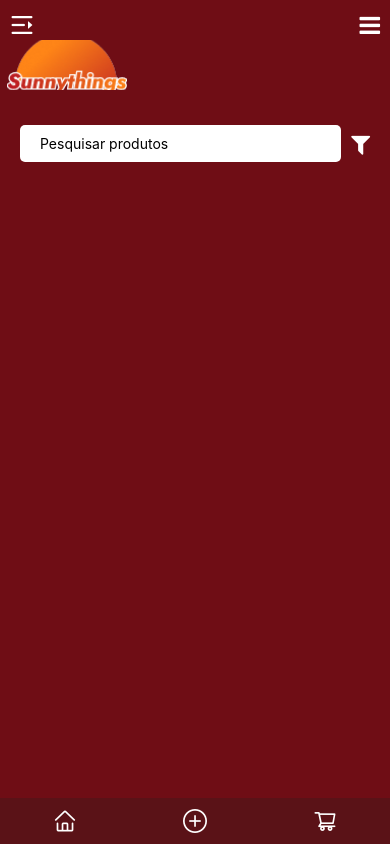
Repository: Luizzzin/SuperMercado
Screen: / (app in suny/)
These files come from the project's save history. The screen is drawn as it stood at one moment and after a run of saves; the edit follows.
An inner scrolling area shows only its first screen. The app was drawn by React Native's web renderer in a window 390 px wide. The project was rebuilt for these pictures with package versions that can differ from the ones it lists, and the page was loaded fresh each time.

Above is the screen before, as saved 2024-05-09 19:52:05.

### suny/App.js
import React from 'react';
import { NavigationContainer } from '@react-navigation/native';
import { createStackNavigator } from '@react-navigation/stack';
import Routes from './routes'; // Importe o componente Routes

const Stack = createStackNavigator();

const App = () => {
  return <Routes />;
}

export default App;

### suny/routes.js
import React from 'react';
import { NavigationContainer } from '@react-navigation/native';
import { createStackNavigator } from '@react-navigation/stack';
import HomeScreen from './HomeScreen'; // Importe o componente HomeScreen

const Stack = createStackNavigator();

const Routes = () => {
  return (
    <NavigationContainer>
      <HomeScreen />
    </NavigationContainer>
  );
}

export default Routes;

### suny/HomeScreen.js
import React from 'react';
import { View, Text, StyleSheet, TouchableOpacity, TextInput, Image, ScrollView } from 'react-native';
import { AntDesign, FontAwesome } from '@expo/vector-icons'; // Certifique-se de instalar o pacote expo-vector-icons

const HomeScreen = () => {
  return (
    <View style={styles.container}>
      {/* Header */}
      <View style={styles.header}>
        <TouchableOpacity onPress={() => console.log("Menu clicked")}>
          <AntDesign name="menu-fold" size={24} color="white" />
        </TouchableOpacity>
        <Image source={require('./path/to/your/logo.png')} style={styles.logo} />
        <TouchableOpacity onPress={() => console.log("Hamburger clicked")}>
          <FontAwesome name="bars" size={24} color="white" />
        </TouchableOpacity>
      </View>

      {/* Search Bar */}
      <View style={styles.searchBar}>
        <TextInput
          style={styles.input}
          placeholder="Pesquisar produtos"
        />
        <TouchableOpacity onPress={() => console.log("Filter clicked")}>
          <FontAwesome name="filter" size={24} color="white" />
        </TouchableOpacity>
      </View>

      {/* Category Carousel */}
      <ScrollView horizontal style={styles.carousel}>
        {/* Render your 7 category images here */}
      </ScrollView>

      {/* Product Cards */}
      <ScrollView style={styles.productContainer}>
        {/* Render your product cards here */}
      </ScrollView>

      {/* Tab Bar */}
      <View style={styles.tabBar}>
        <TouchableOpacity onPress={() => console.log("Home clicked")} style={styles.tabItem}>
          <AntDesign name="home" size={24} color="white" />
        </TouchableOpacity>
        <TouchableOpacity onPress={() => console.log("Add clicked")} style={styles.tabItem}>
          <AntDesign name="pluscircleo" size={24} color="white" />
        </TouchableOpacity>
        <TouchableOpacity onPress={() => console.log("Cart clicked")} style={styles.tabItem}>
          <AntDesign name="shoppingcart" size={24} color="white" />
        </TouchableOpacity>
      </View>
    </View>
  );
}

const styles = StyleSheet.create({
  container: {
    flex: 1,
    backgroundColor: '#6F0D15',
  },
  header: {
    flexDirection: 'row',
    justifyContent: 'space-between',
    alignItems: 'center',
    paddingHorizontal: 10,
    paddingTop: 0,
  },
  logo: {
    width: 120,
    height: 50,
    right: 130,
    top: 40,
  },
  searchBar: {
    flexDirection: 'row',
    alignItems: 'center',
    paddingHorizontal: 20,
    marginTop: 75,
  },
  input: {
    flex: 1,
    backgroundColor: 'white',
    borderRadius: 5,
    paddingVertical: 10,
    paddingHorizontal: 20,
    marginRight: 10,
  },
  carousel: {
    marginTop: 20,
    paddingHorizontal: 20,
    marginBottom: 20,
  },
  productContainer: {
    paddingHorizontal: 20,
  },
  tabBar: {
    flexDirection: 'row',
    justifyContent: 'space-around',
    backgroundColor: '#5A1217',
    paddingVertical: 10,
  },
  tabItem: {
    flex: 1,
    alignItems: 'center',
  },
});

export default HomeScreen;

After the next 7 saves:
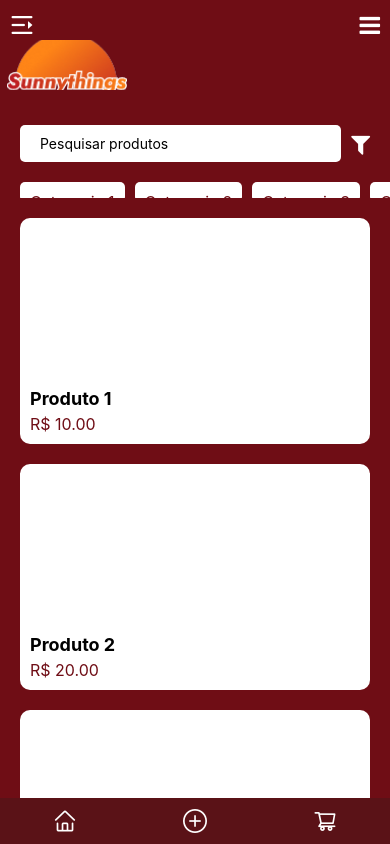
The 7 saves are shown as one change because 4 did not build or start and some came seconds apart.
The last was saved 7 min 25 s later.
--- a/suny/HomeScreen.js
+++ b/suny/HomeScreen.js
@@ -3,6 +3,18 @@
 import { AntDesign, FontAwesome } from '@expo/vector-icons'; // Certifique-se de instalar o pacote expo-vector-icons
 
 const HomeScreen = () => {
+
+  const categories = ['Categoria 1', 'Categoria 2', 'Categoria 3', 'Categoria 4', 'Categoria 5', 'Categoria 6', 'Categoria 7'];
+
+  const products = [
+    { id: 1, name: 'Produto 1', price: 10, image: require('') },
+    { id: 2, name: 'Produto 2', price: 20, image: require('') },
+    { id: 3, name: 'Produto 3', price: 30, image: require('') },
+    { id: 4, name: 'Produto 4', price: 40, image: require('') },
+    { id: 5, name: 'Produto 5', price: 50, image: require('') },
+    { id: 6, name: 'Produto 6', price: 60, image: require('') },
+  ];
+
   return (
     <View style={styles.container}>
       {/* Header */}
@@ -29,12 +41,22 @@
 
       {/* Category Carousel */}
       <ScrollView horizontal style={styles.carousel}>
-        {/* Render your 7 category images here */}
+        {categories.map((category, index) => (
+          <TouchableOpacity key={index} style={styles.categoryItem}>
+            <Text style={styles.categoryText}>{category}</Text>
+          </TouchableOpacity>
+        ))}
       </ScrollView>
 
       {/* Product Cards */}
       <ScrollView style={styles.productContainer}>
-        {/* Render your product cards here */}
+        {products.map(product => (
+          <TouchableOpacity key={product.id} style={styles.productCard}>
+            <Image source={product.image} style={styles.productImage} />
+            <Text style={styles.productName}>{product.name}</Text>
+            <Text style={styles.productPrice}>R$ {product.price.toFixed(2)}</Text>
+          </TouchableOpacity>
+        ))}
       </ScrollView>
 
       {/* Tab Bar */}
@@ -90,8 +112,39 @@
     paddingHorizontal: 20,
     marginBottom: 20,
   },
+  categoryItem: {
+    marginRight: 10,
+    padding: 10,
+    backgroundColor: 'white',
+    borderRadius: 5,
+  },
+  categoryText: {
+    color: '#6F0D15',
+    fontSize: 16,
+  },
   productContainer: {
     paddingHorizontal: 20,
+  },
+  productCard: {
+    marginBottom: 20,
+    backgroundColor: 'white',
+    borderRadius: 10,
+    padding: 10,
+  },
+  productImage: {
+    width: '100%',
+    height: 150,
+    borderRadius: 10,
+  },
+  productName: {
+    marginTop: 10,
+    fontSize: 18,
+    fontWeight: 'bold',
+  },
+  productPrice: {
+    marginTop: 5,
+    fontSize: 16,
+    color: '#6F0D15',
   },
   tabBar: {
     flexDirection: 'row',
